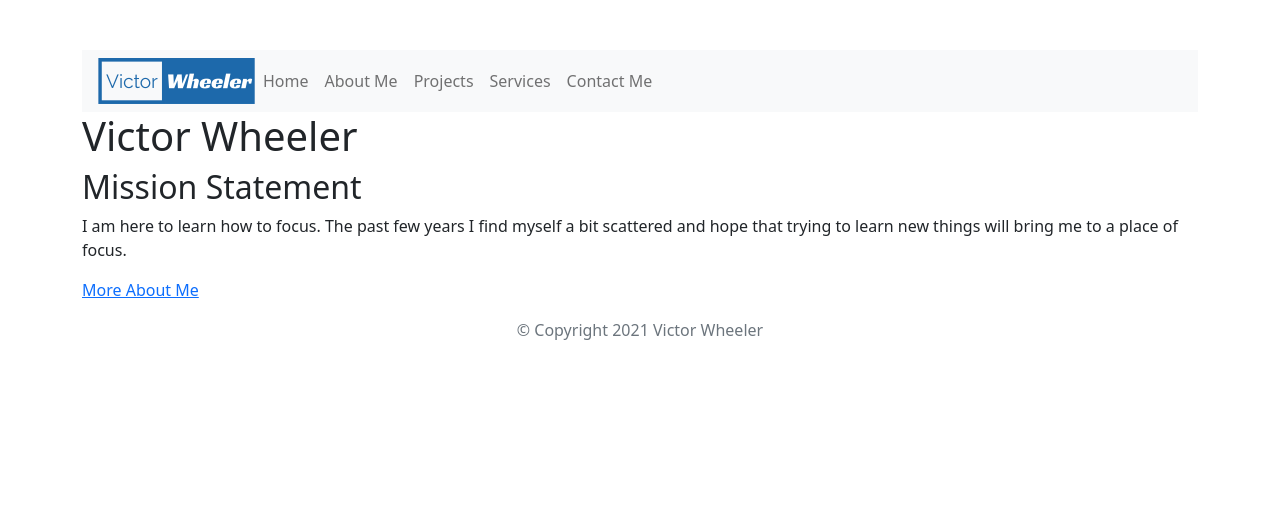
Repository: VictorWheeler/COMP_229_301167760
Page: http://localhost/
The author's editor kept a copy of each file at every save. The page is drawn from the files as they stood at one save, then again after the next save.
The browser window is 1280 px wide. The pictures show the whole page.
The page is served by the project's Node server (server.js).

Above is the page before, as saved 2021-10-01 10:09:01.

After the next save:
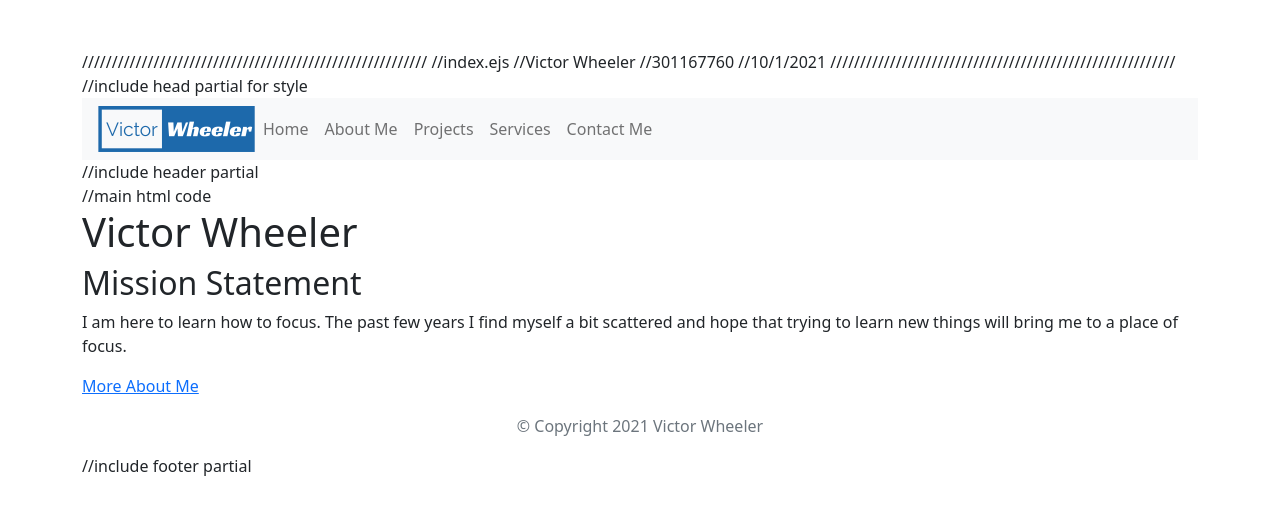
Saved 103 s later.
--- a/Express-Portfolio-Site/views/pages/index.ejs
+++ b/Express-Portfolio-Site/views/pages/index.ejs
@@ -1,15 +1,21 @@
+//////////////////////////////////////////////////////////
+//index.ejs
+//Victor Wheeler
+//301167760
+//10/1/2021
+//////////////////////////////////////////////////////////
 <!DOCTYPE html>
 <html lang="en">
 <head>
-  <%- include('../partials/head'); %>
+  <%- include('../partials/head'); %>   //include head partial for style
 </head>
 <body class="container">
 
 <header>
-  <%- include('../partials/header'); %>
+  <%- include('../partials/header'); %>  //include header partial
 </header>
 
-<main>
+<main>                                    //main html code
   <div class="jumbotron">
     <h1>Victor Wheeler</h1>
     <h2>Mission Statement</h2>
@@ -19,7 +25,7 @@
 </main>
 
 <footer>
-  <%- include('../partials/footer'); %>
+  <%- include('../partials/footer'); %>   //include footer partial
 </footer>
 
 </body>
